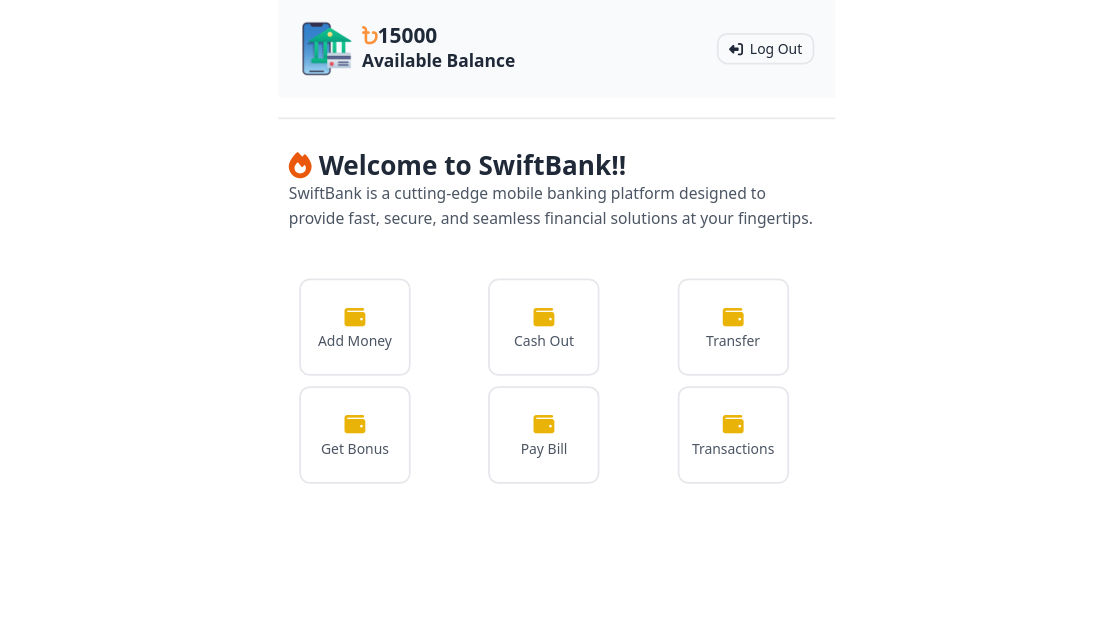
Repository: mukaddam-coder/swift-bank-mobile-banking
Page: home.html
These files come from the project's save history. The page is drawn as it stood at one moment and after the next save; the edit follows.
The browser window is 1280 px wide. The pictures show the whole page, at 87% of full size.
Some web libraries are served in a nearby version.

Above is the page before, as saved 2024-12-14 02:53:16.

After the next save:
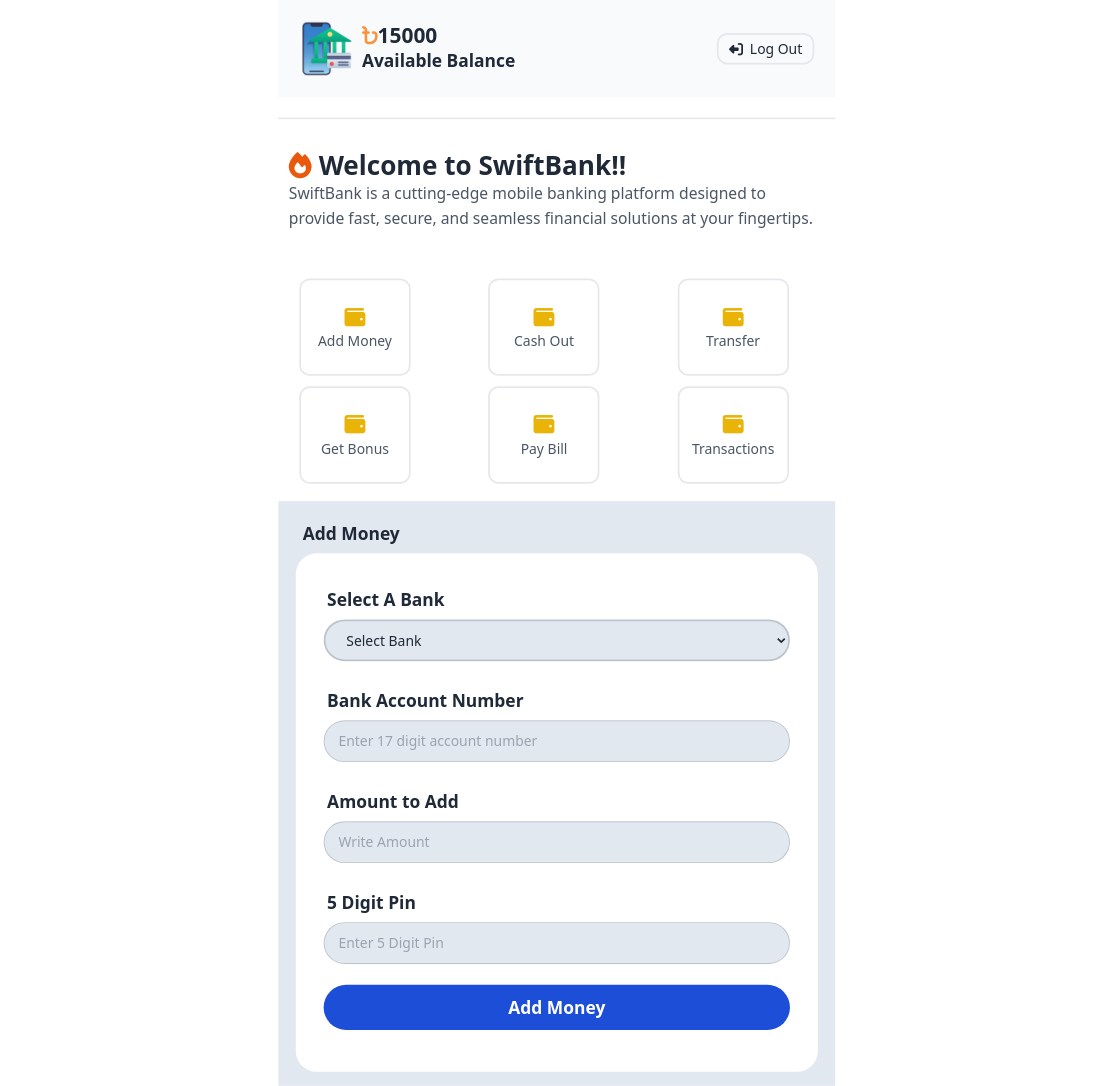
Saved 41 s later.
--- a/home.html
+++ b/home.html
@@ -96,7 +96,7 @@
     </div>
       </section>
       <!-- Add Money Section Start -->
-      <section id ="add-money-section" class="hidden w-1/2 mx-auto px-5 py-4 bg-slate-200">
+      <section id ="add-money-section" class="w-1/2 mx-auto px-5 py-4 bg-slate-200">
         <h2 class="p-2 font-bold text-xl">Add Money</h2>
         <form class="card-body bg-white rounded-3xl">
             <div class="form-control mb-4">
